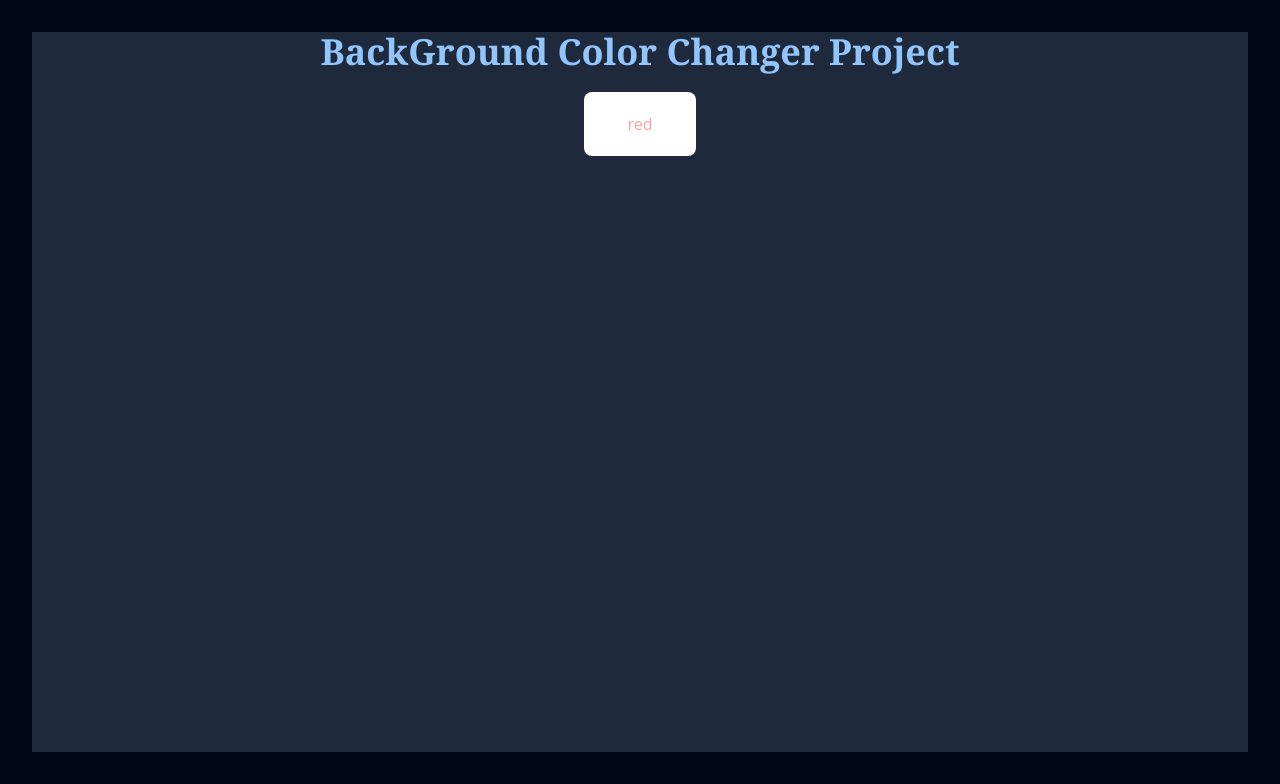
Repository: ChaitanyMishra/react-daily-work
Page: / (app in day-04-react/bg_color_changer/)
These files come from the project's save history. The page is drawn as it stood at one moment and after the next save; the edit follows.
The browser window is 1280 px wide. The pictures show the whole page.
The project was rebuilt for these pictures with package versions that can differ from the ones it lists, and the page was loaded fresh each time. Also part of the build but not shown: day-04-react/bg_color_changer/vite.config.js.

Above is the page before, as saved 2025-06-20 16:50:15.

### day-04-react/bg_color_changer/src/index.css
@tailwind base;
@tailwind components;
@tailwind utilities;
body{
  @apply bg-slate-950
}

### day-04-react/bg_color_changer/src/App.jsx
import {useState } from 'react'
import ChangeBgColor from './backGrounColorChanger/bgChange'
import  ColorChangeButton from './backGrounColorChanger/buttonComponent'
import './App.css'

function App() {
  const [colorState , changeColor] = useState("olvie")

  return (
    <div className='w-full h-screen bg-slate-800'>
    <h1 className='text-4xl font-serif font-bold text-blue-300 '>BackGround Color Changer Project</h1>
     <button className="bg-white text-red-300 m-5 p-5 rounded-lg w-[7rem]  ">red</button>
    <ColorChangeButton />
    </div>
  )
}

export default App

### day-04-react/bg_color_changer/src/backGrounColorChanger/bgChange.jsx
export default function ChangeBgColor(){



}

### day-04-react/bg_color_changer/src/backGrounColorChanger/buttonComponent.jsx
export default function ColorChangeButton(){
    <button className="bg-white text-red-300">red</button>
}

Loaded but not shown: day-04-react/bg_color_changer/index.html (common file); day-04-react/bg_color_changer/src/main.jsx (common file); day-04-react/bg_color_changer/src/App.css (common file); day-04-react/bg_color_changer/tailwind.config.js (common file)

After the next save:
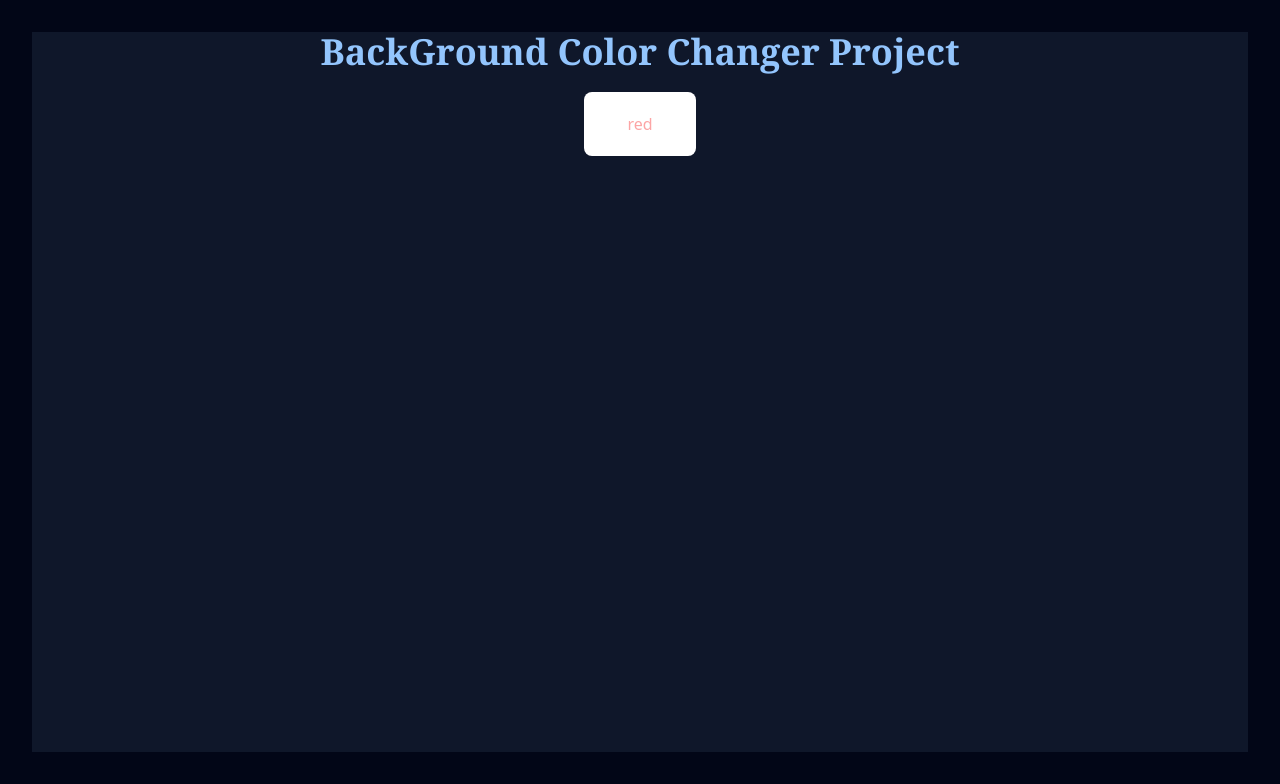
Saved 4 s later.
--- a/day-04-react/bg_color_changer/src/App.jsx
+++ b/day-04-react/bg_color_changer/src/App.jsx
@@ -7,7 +7,7 @@ function App() {
   const [colorState , changeColor] = useState("olvie")
 
   return (
-    <div className='w-full h-screen bg-slate-800'>
+    <div className='w-full h-screen bg-slate-900'>
     <h1 className='text-4xl font-serif font-bold text-blue-300 '>BackGround Color Changer Project</h1>
      <button className="bg-white text-red-300 m-5 p-5 rounded-lg w-[7rem]  ">red</button>
     <ColorChangeButton />
